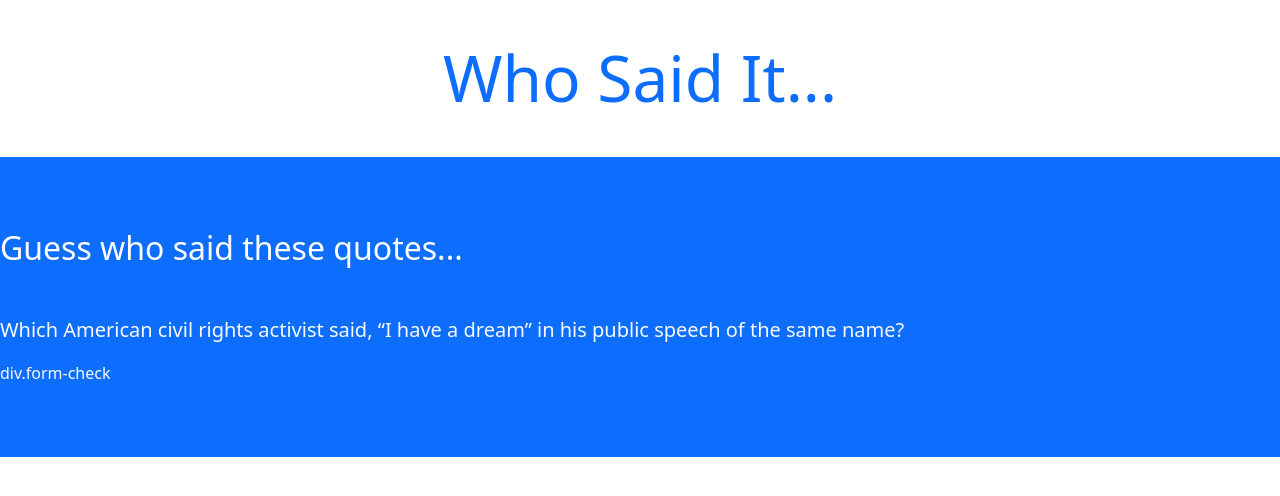
Repository: julihocc/Presentation-02-Forms-with-vanilla-JS
Page: index.html
These files come from the project's save history. The page is drawn as it stood at one moment and after a run of saves; the edit follows.
The browser window is 1280 px wide. The pictures show the whole page.

Above is the page before, as saved 2022-09-27 13:42:23.

After the next 9 saves:
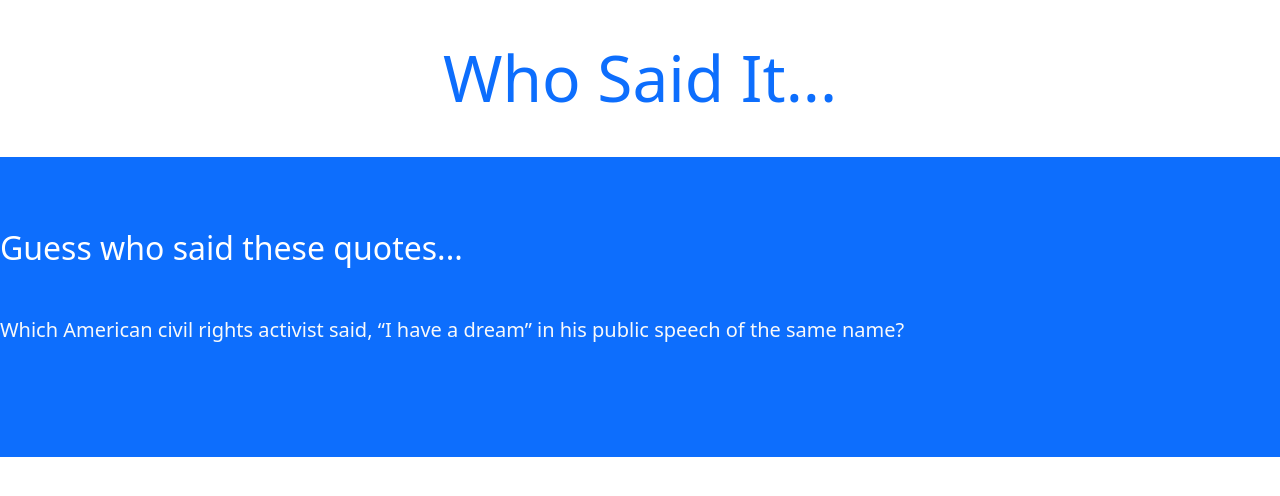
The 9 saves are shown as one change because they came seconds apart.
The last was saved 21 s later.
--- a/index.html
+++ b/index.html
@@ -42,7 +42,9 @@
                         Which American civil rights activist said, “I have a dream” in his public speech of the same name?
                     </p>
                     <!-- step 1.6.2 answer to question 1 -->
-                    div.form-check
+                    <div class="form-check my-2 text-white-50">
+
+                    </div>
                 </div>
             </form>
         </div>
